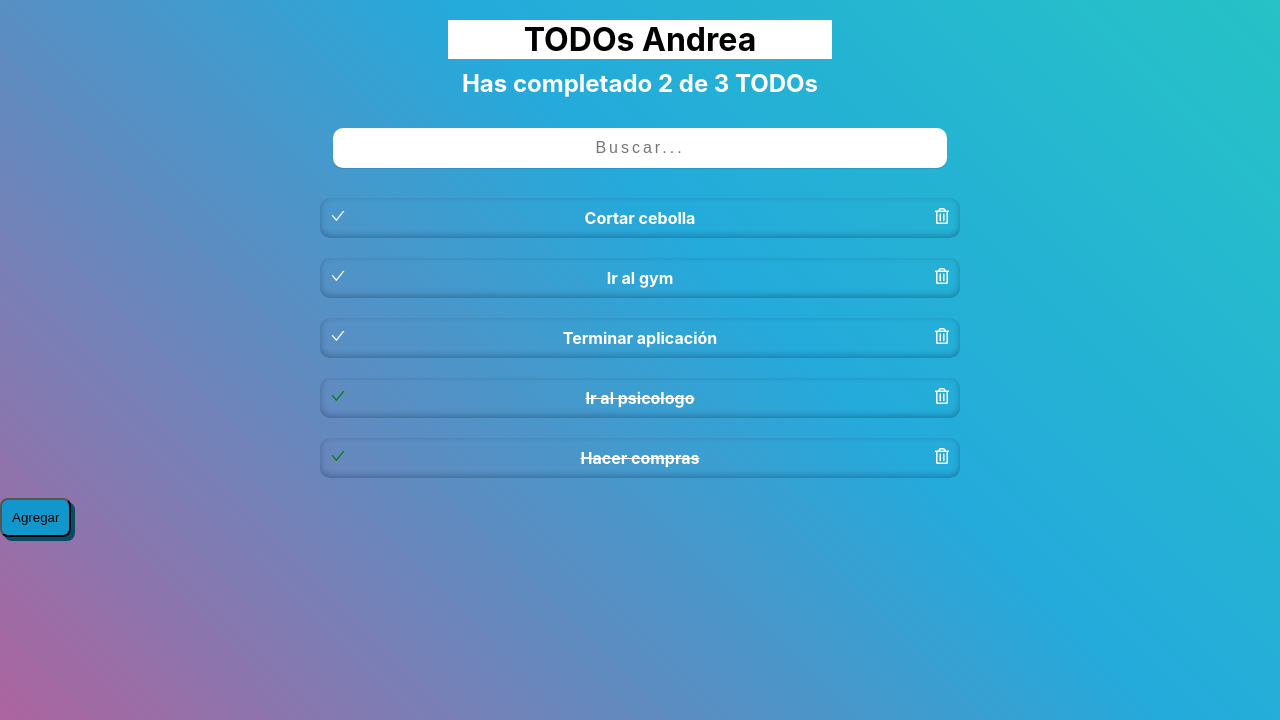
Repository: Pandrea-hub/TODOs
Page: /
These files come from the project's save history. The page is drawn as it stood at one moment and after a run of saves; the edit follows.
The browser window is 1280 px wide. The pictures show the whole page.
The project was rebuilt for these pictures with package versions that can differ from the ones it lists, and the page was loaded fresh each time. Also part of the build but not shown: src/TodoList.css.

Above is the page before, as saved 2022-06-07 11:19:20.

After the next 2 saves:
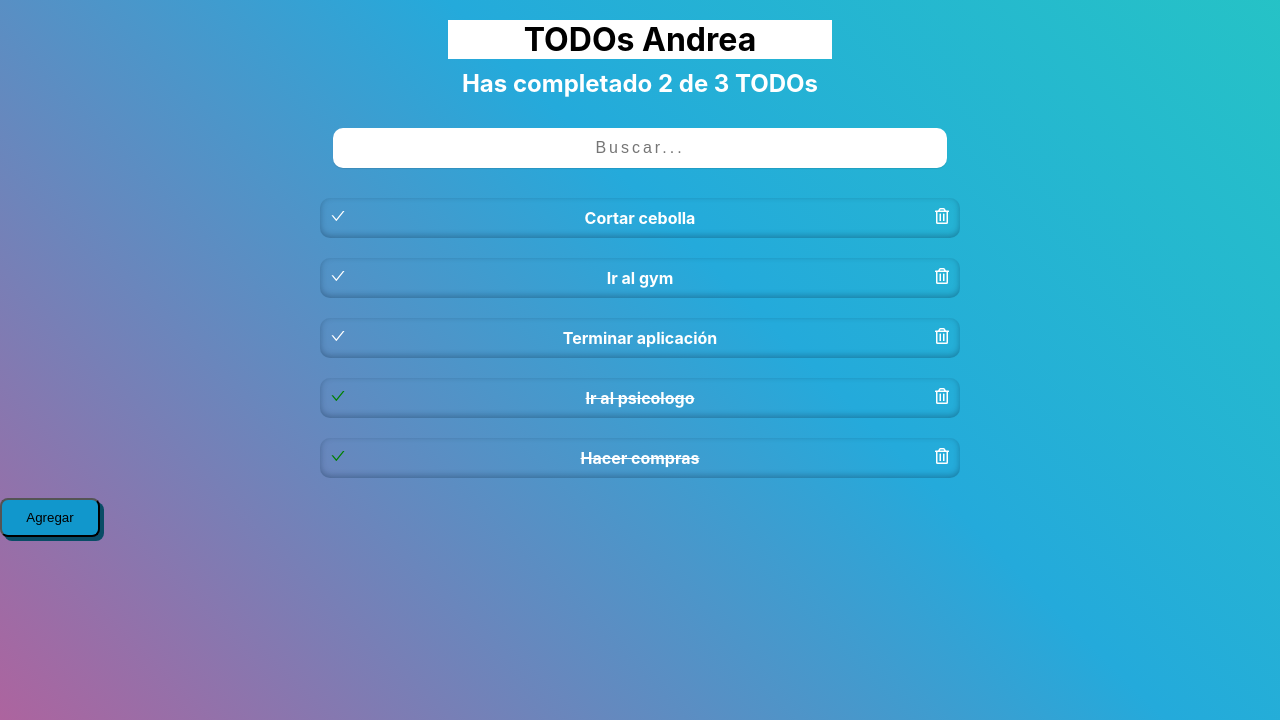
The 2 saves are shown as one change because they came seconds apart.
The last was saved 10 s later.
--- a/src/CreateTodoButton.css
+++ b/src/CreateTodoButton.css
@@ -5,6 +5,7 @@ button{
     transition: transform 200ms,box-shadow 200ms;
     cursor: pointer;
     padding: 10px;
+    width: 100px;
     margin: 0 auto;
 }
 
